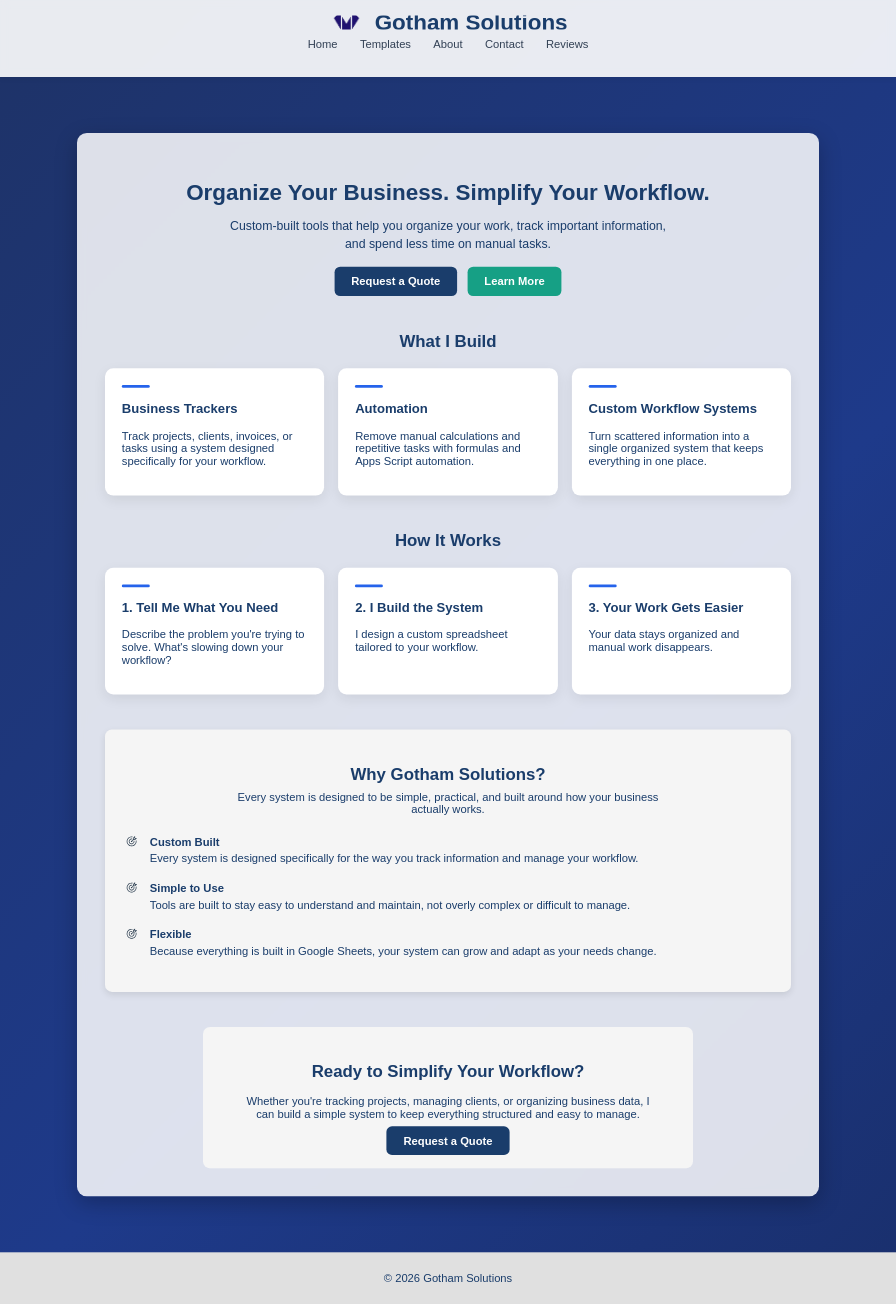
Repository: kmm569/gothamsolutions
Page: index.html
An editor plug-in stored every save of this project. The page is shown before and after the next save, followed by the edit.
The browser window is 1280 px wide. The pictures show the whole page, at 70% of full size.

Above is the page before, as saved 2026-03-12 13:29:47.

After the next save:
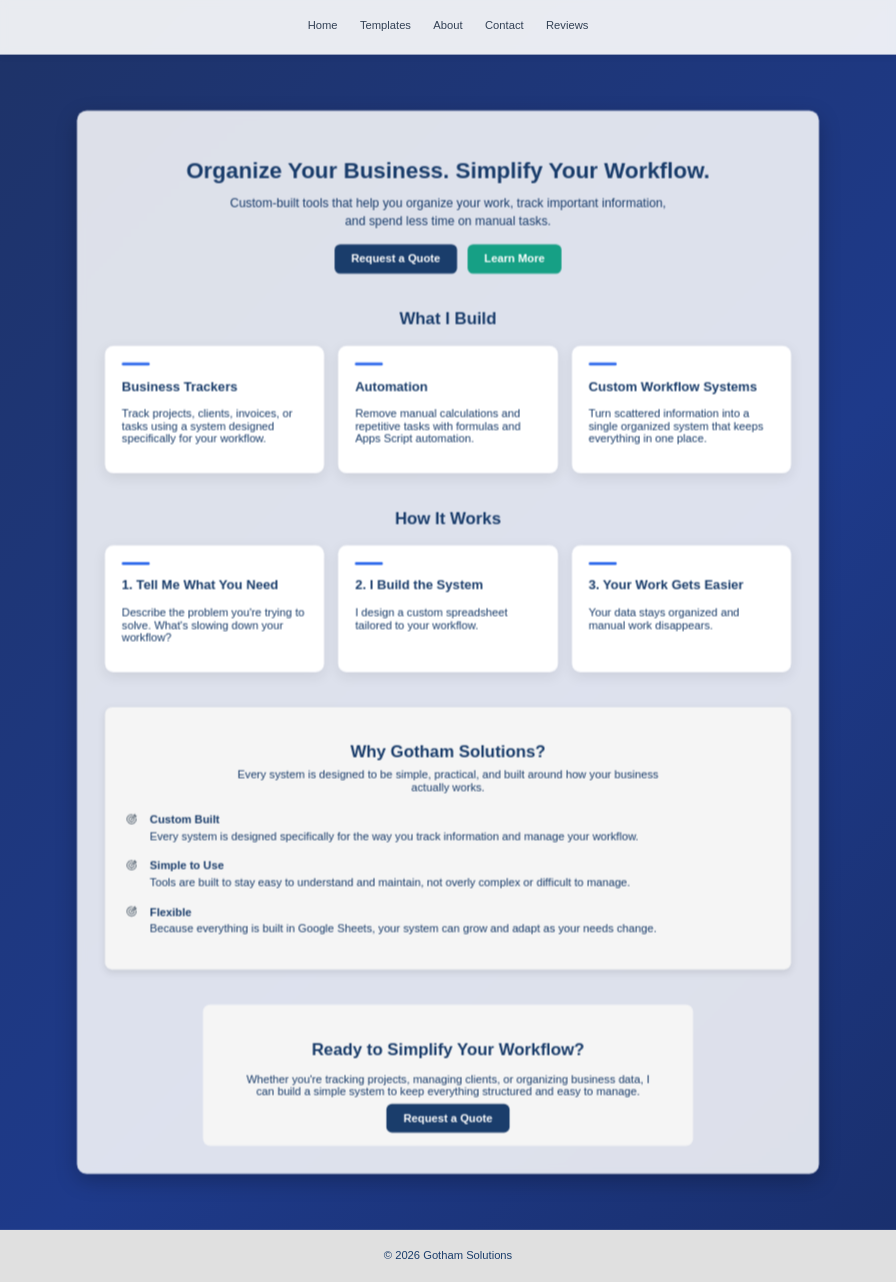
Saved 109 s later.
--- a/styles.css
+++ b/styles.css
@@ -15,25 +15,24 @@ body {
 	min-height: 100vh;
 }
 
-header {
-	position: sticky;
-	top: 0;
-	z-index: 100;
-
-	display: flex;
-	flex-direction: column;
-	align-items: center;
-
-	height: 110px;   /* fixed height */
-
-	padding: 10px 20px;
-
-	background: rgba(255,255,255,0.9);
-	backdrop-filter: blur(6px);
-
-	box-shadow: 0 2px 10px rgba(0,0,0,0.08);
-
-	transition: box-shadow .25s ease;
+header{
+	position:sticky;
+	top:0;
+	z-index:100;
+
+	display:flex;
+	flex-direction:column;
+	align-items:center;
+	justify-content:center;
+
+	height:78px;
+
+	padding:6px 20px;
+
+	background:rgba(255,255,255,0.9);
+	backdrop-filter:blur(6px);
+
+	box-shadow:0 2px 10px rgba(0,0,0,0.08);
 }
 
 /* logo animation */
